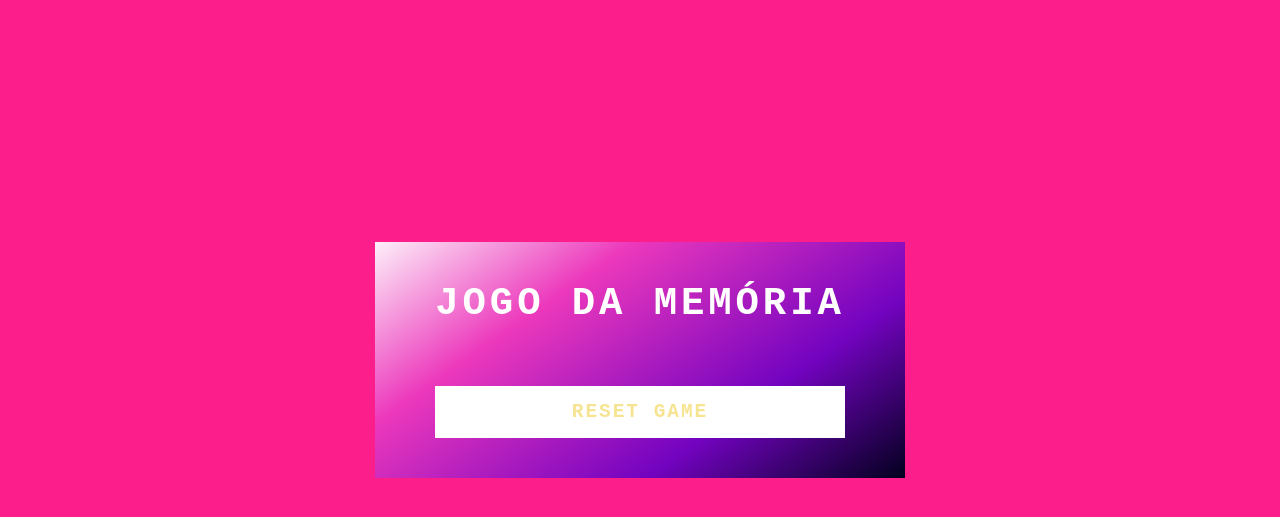
Repository: Zoemateus324/memory-game
Page: index.html
The author's editor kept a copy of each file at every save. The page is drawn from the files as they stood at one save, then again after the next save.
The browser window is 1280 px wide. The pictures show the whole page.
The first visible `.reset` has the focus.

Above is the page before, as saved 2024-11-27 08:21:56.

After the next save:
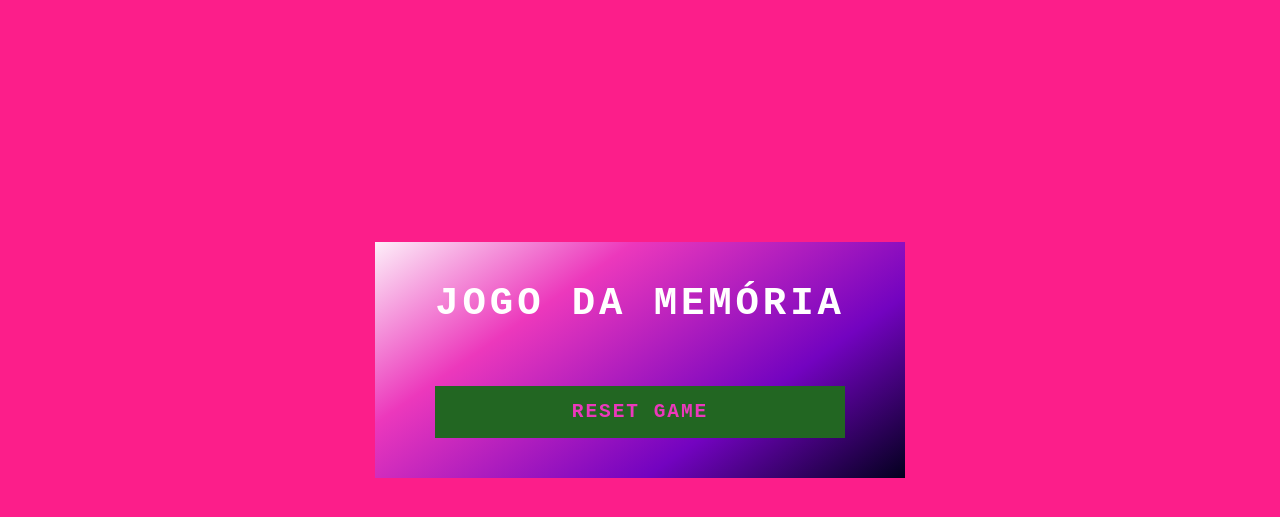
Saved 16 s later.
--- a/src/styles/main.css
+++ b/src/styles/main.css
@@ -48,5 +48,6 @@ h2{
 }
 
 .reset:focus{
-    color:#ec38;
+    color:#ec38bc;
+    background-color:#262;
 }
